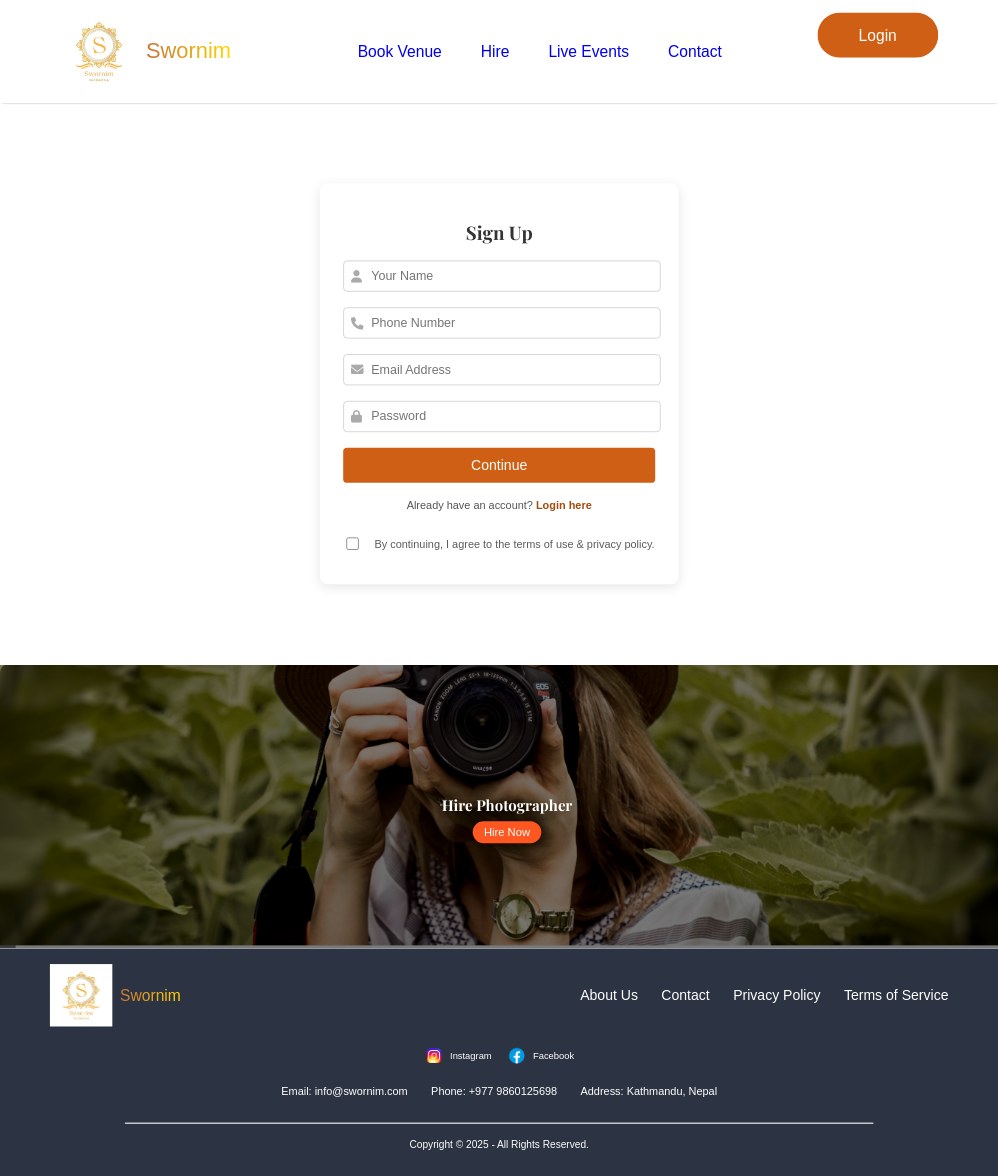
Repository: leonischu/Swornim
Page: /login (app in frontend/)
These files come from the project's save history. The page is drawn as it stood at one moment and after the next save; the edit follows.
The browser window is 1280 px wide. The pictures show the whole page, at 78% of full size.
Pictures or frames that could not be fetched are drawn as grey boxes. The project was rebuilt for these pictures with package versions that can differ from the ones it lists, and the page was loaded fresh each time. Also part of the build but not shown: frontend/src/App.css, frontend/src/Pages/Book.jsx, frontend/src/Pages/Contact.jsx.

Above is the page before, as saved 2025-06-01 18:57:29.

After the next save:
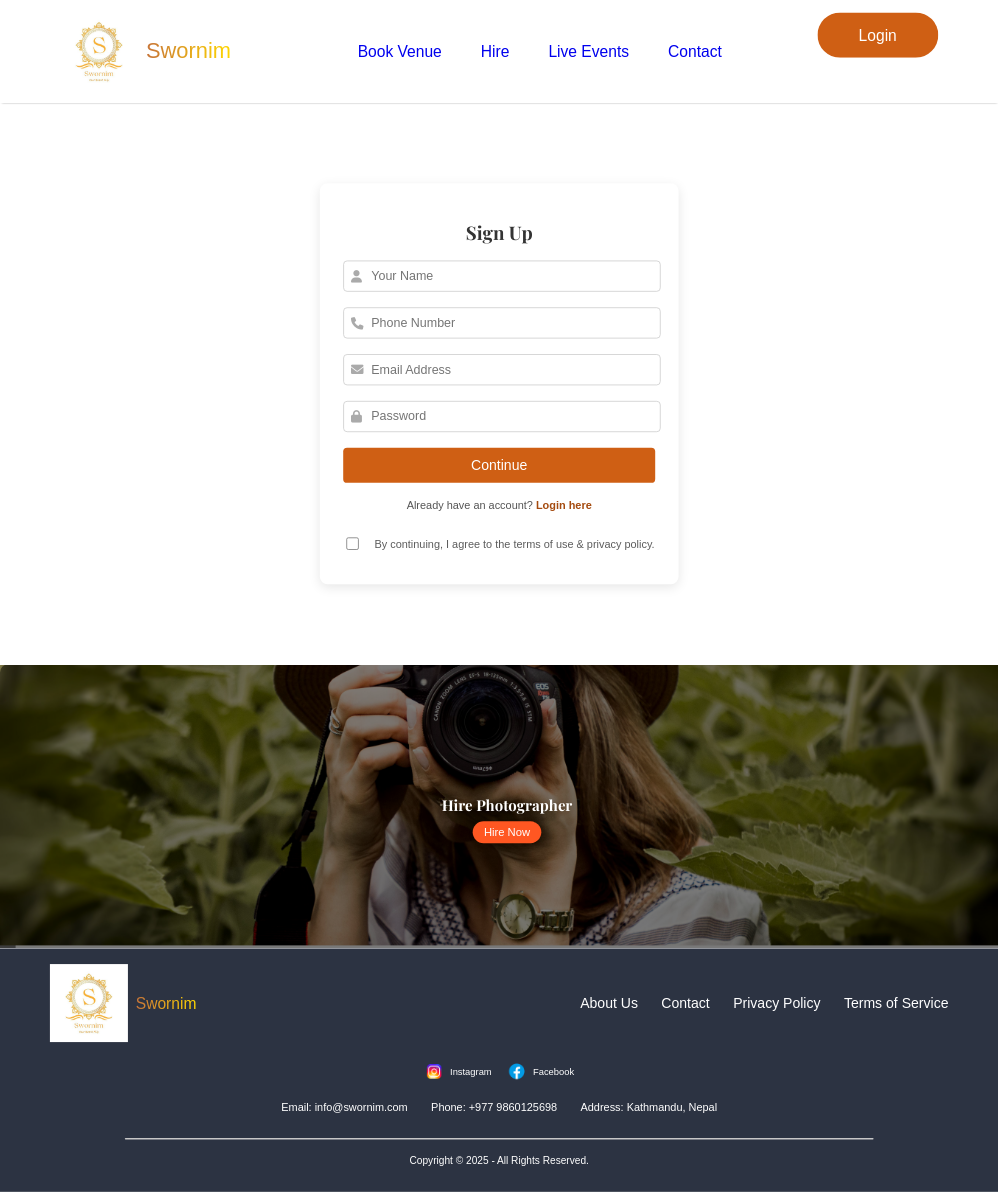
Saved 9 s later.
--- a/frontend/src/Components/Footer/Footer.css
+++ b/frontend/src/Components/Footer/Footer.css
@@ -28,7 +28,7 @@
 }
 
 .footer_logo img {
-  width: 80px;
+  width: 100px;
   height: auto;
 }
 
